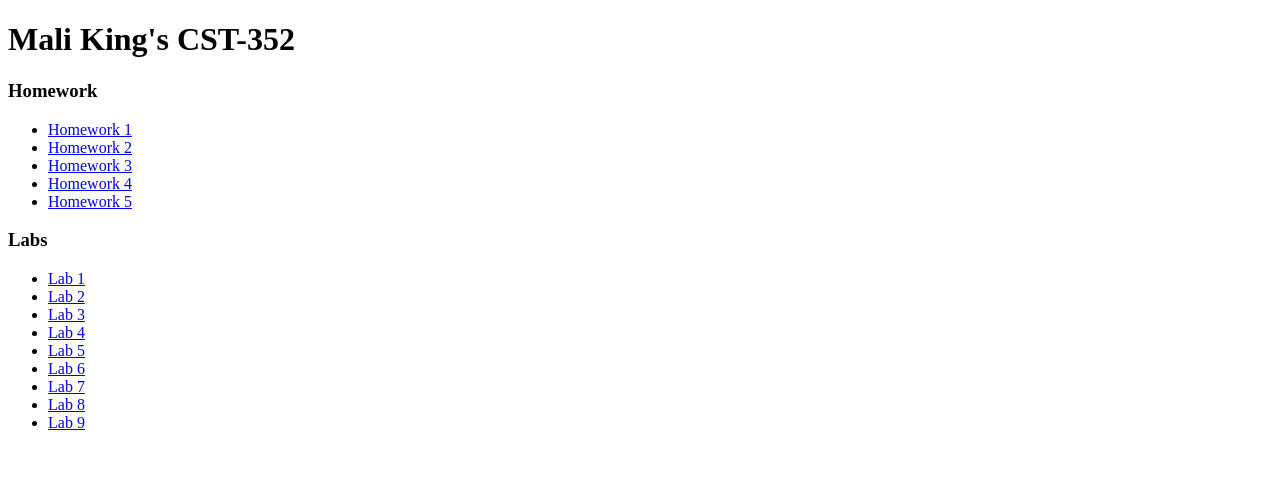
Repository: maliking/making
Page: http://localhost/
The author's editor kept a record of every edit. The page is drawn from the files as they stood at one moment, then again after the next edit.
The browser window is 1280 px wide. The pictures show the whole page.
The page is run by PHP 8.4 with error messages shown; the project is at /var/www/html/.

Above is the page before.

### index.php
<!DOCTYPE html>
<html>
    <head>
        <title>Mali King CST352</title>
    </head>
    <body>
        <h1>Mali King's CST-352</h1>
        <h3>Homework</h3>
        <ul>
        <?php
        for ($i = 1; $i < 6; $i++) {
            echo "<li>";
            echo "<a href='https://making-cst352.herokuapp.com/hw/hw" . $i . "/index.php'>";
            echo "Homework " . $i . "</a>";
            echo "</li>";
        }
        ?>
        </ul>
        <h3>Labs</h3>
        <ul>
        <?php
        for ($i = 1; $i < 10; $i++) {
            echo "<li>";
            echo "<a href='https://making-cst352.herokuapp.com/labs/lab" . $i . "/index.php'>";
            echo "Lab " . $i . "</a>";
            echo "</li>";
        }
        ?>
        </ul>

    </body>
</html>

After the next edit:
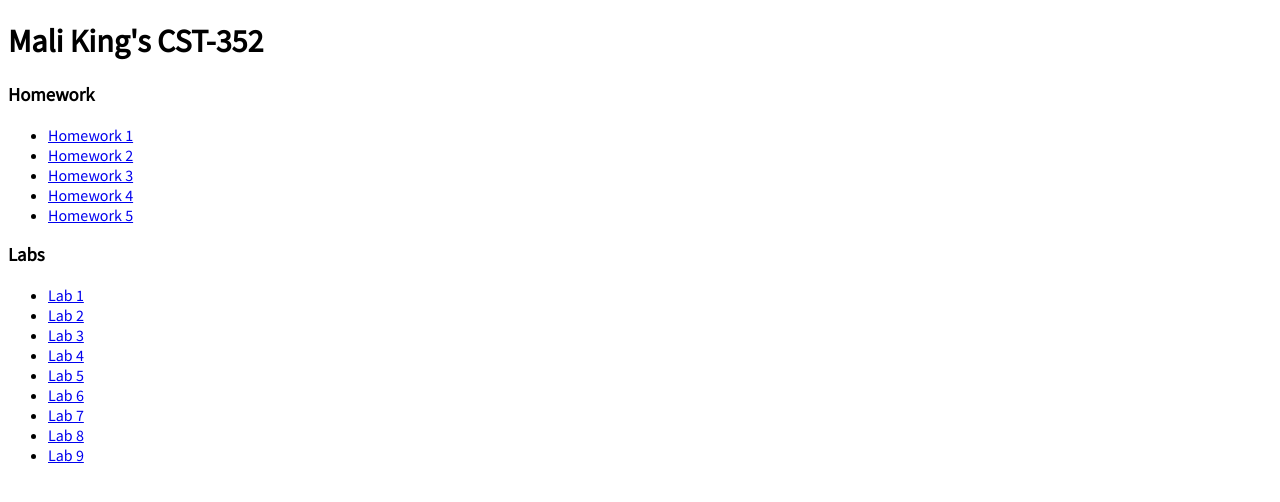
The edit:
--- a/index.php
+++ b/index.php
@@ -2,6 +2,12 @@
 <html>
     <head>
         <title>Mali King CST352</title>
+        <link href="https://fonts.googleapis.com/css?family=Source+Sans+Pro" rel="stylesheet">
+        <style>
+            body {
+                font-family: 'Source Sans Pro', sans-serif;
+            }
+        </style>
     </head>
     <body>
         <h1>Mali King's CST-352</h1>
